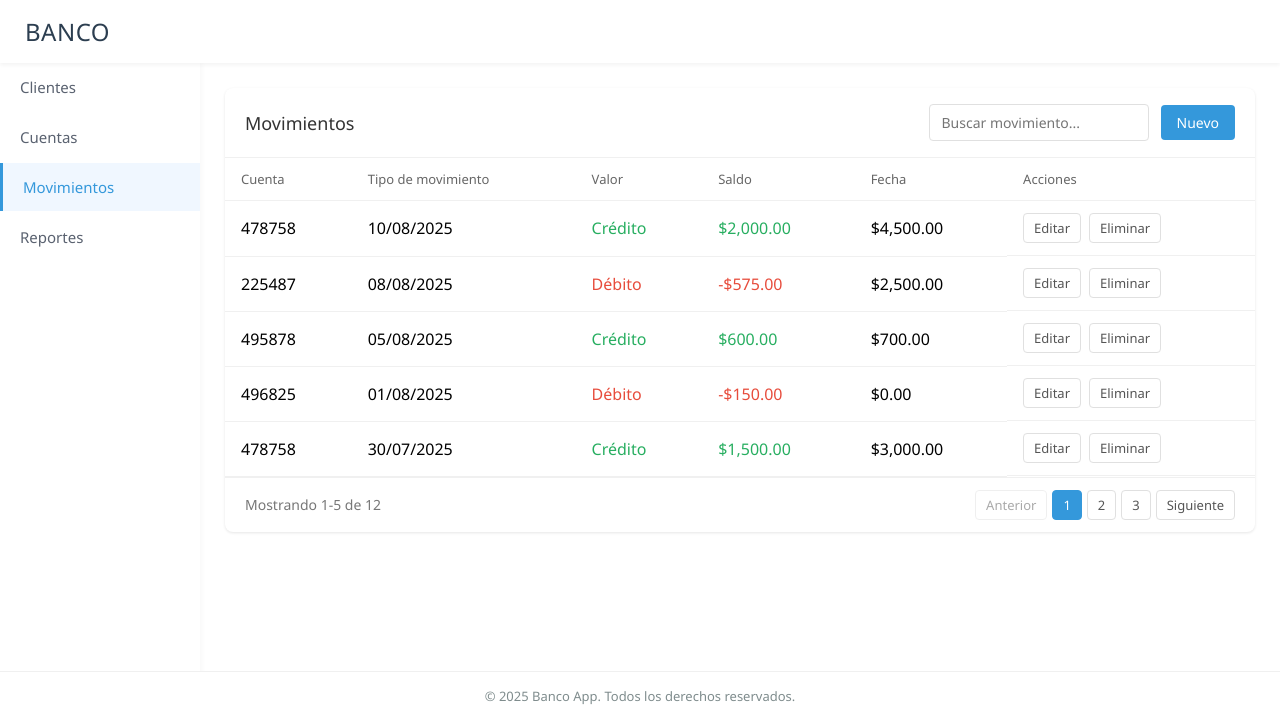
Repository: nder1996/Bank-Devsu
Page: /movimientos (app in Frontend/banco-devsu/)
The author's editor kept a copy of each file at every save. The page is drawn from the files as they stood at one save, then again after a run of saves.
The browser window is 1280 px wide. The pictures show the whole page.
The project was rebuilt for these pictures with package versions that can differ from the ones it lists, and the page was loaded fresh each time. Also part of the build but not shown: Frontend/banco-devsu/angular.json, Frontend/banco-devsu/src/app/presentation/pages/clientes/clientes.component.ts, Frontend/banco-devsu/src/app/core/services/cliente.service.ts, Frontend/banco-devsu/src/environments/environment.ts, Frontend/banco-devsu/src/app/presentation/pages/cuentas/cuentas.component.ts, Frontend/banco-devsu/src/app/presentation/pages/reportes/reportes.component.ts.

Above is the page before, as saved 2025-08-22 09:30:59.

After the next 4 saves:
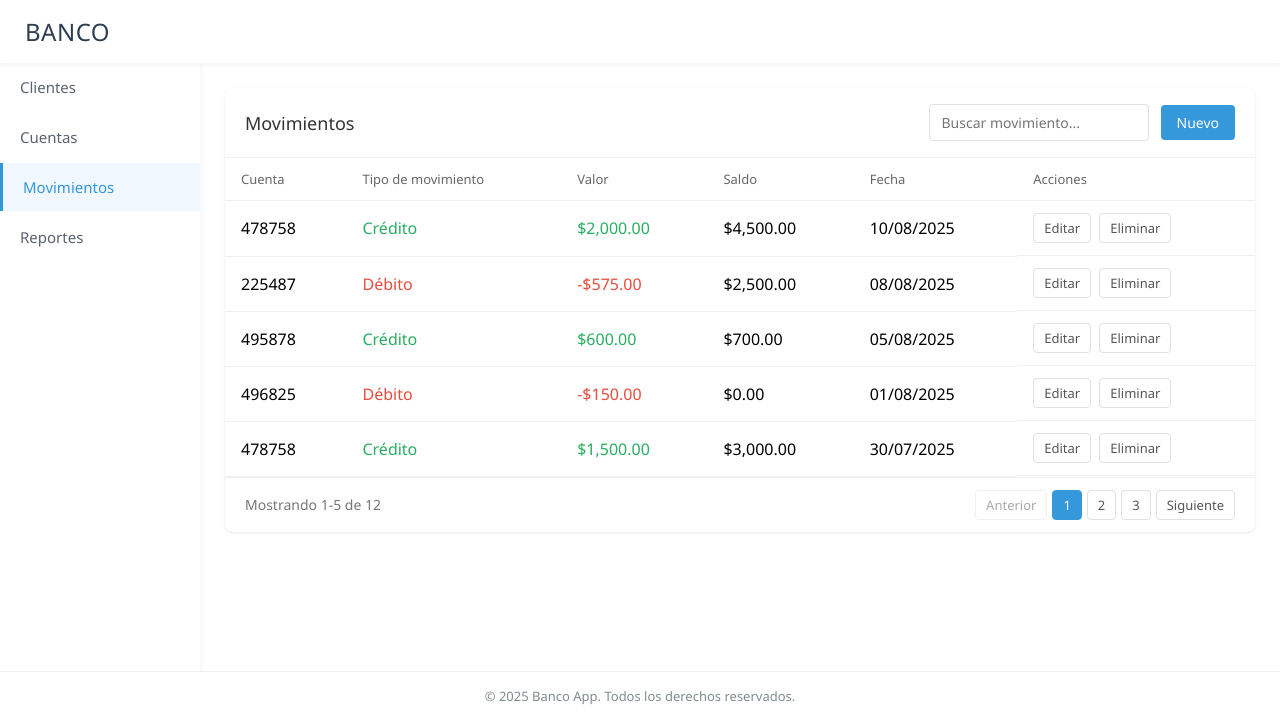
The 4 saves are shown as one change because they came seconds apart.
The last was saved 16 s later.
--- a/Frontend/banco-devsu/src/app/presentation/pages/movimientos/movimientos.component.html
+++ b/Frontend/banco-devsu/src/app/presentation/pages/movimientos/movimientos.component.html
@@ -28,8 +28,6 @@
     <tbody>
       <tr *ngFor="let item of paginatedItems">
         <td>{{item.cuenta}}</td>
-        <td>{{item.fecha}}</td>
-
         <td [ngClass]="item.tipo === 'Crédito' ? 'tipo-credito' : 'tipo-debito'">
           {{item.tipo}}
         </td>
@@ -37,6 +35,7 @@
           {{item.valor | currency}}
         </td>
         <td>{{item.saldo | currency}}</td>
+        <td>{{item.fecha}}</td>
         <td class="actions">
           <button class="btn-edit">Editar</button>
           <button class="btn-delete">Eliminar</button>
